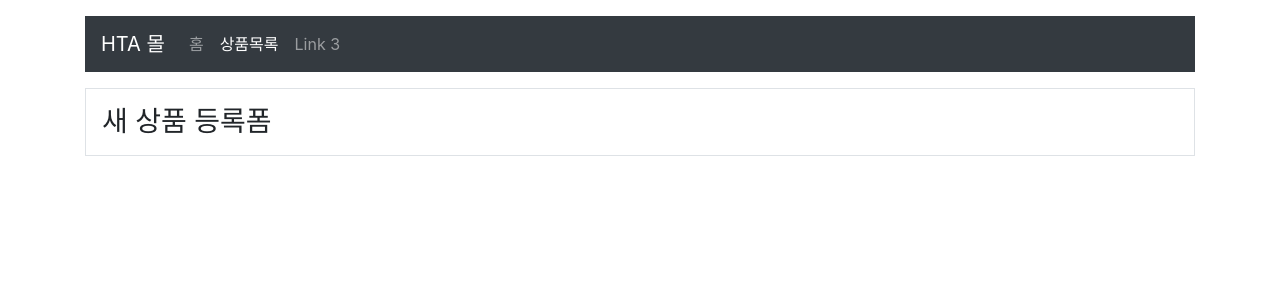
Repository: onuo77/HTA
Page: http://localhost/sample-mybatis/product/form.jsp
These files come from the project's save history. The page is drawn as it stood at one moment and after the next save; the edit follows.
The browser window is 1280 px wide. The pictures show the whole page.
The page is served by Tomcat 9.

Above is the page before, as saved 2021-05-26 05:23:08.

After the next save:
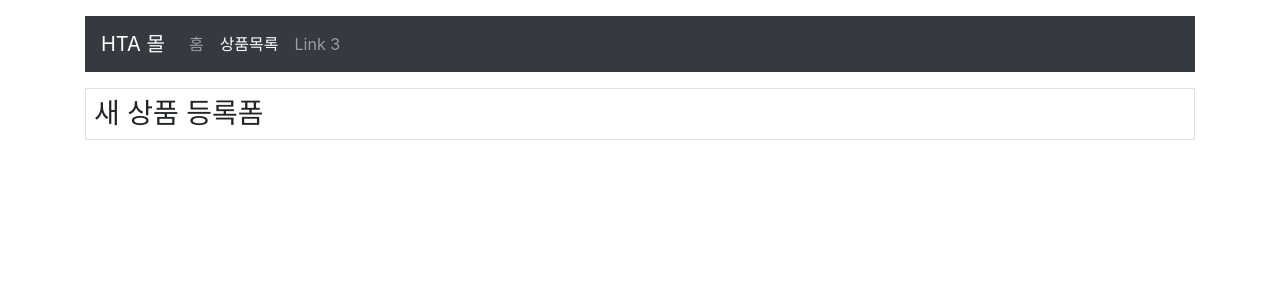
Saved 17 s later.
--- a/java-web/sample-mybatis/src/main/webapp/product/form.jsp
+++ b/java-web/sample-mybatis/src/main/webapp/product/form.jsp
@@ -21,7 +21,7 @@
 	<main>
 		<div class="row">
 			<div class="col-12">
-				<h3 class="border p-3">새 상품 등록폼</h3>
+				<h3 class="border p-2">새 상품 등록폼</h3>
 			</div>
 		</div>
 	</main>

After the save that followed:
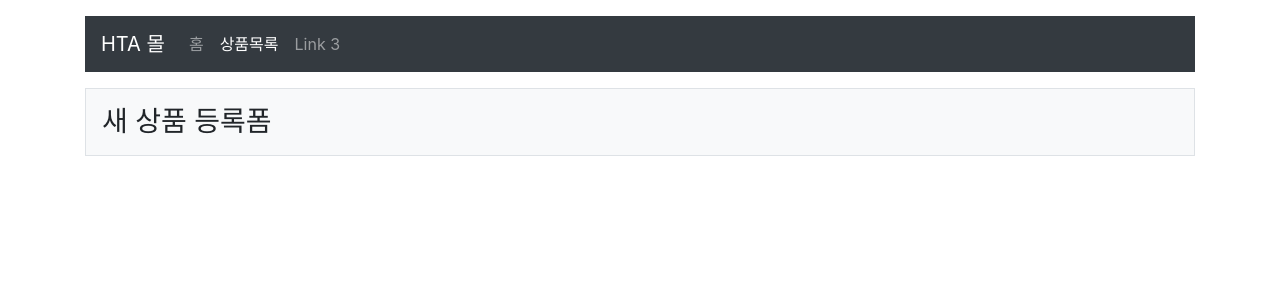
Saved 21 s later.
--- a/java-web/sample-mybatis/src/main/webapp/product/form.jsp
+++ b/java-web/sample-mybatis/src/main/webapp/product/form.jsp
@@ -21,7 +21,7 @@
 	<main>
 		<div class="row">
 			<div class="col-12">
-				<h3 class="border p-2">새 상품 등록폼</h3>
+				<h3 class="border p-3 bg-light">새 상품 등록폼</h3>
 			</div>
 		</div>
 	</main>
